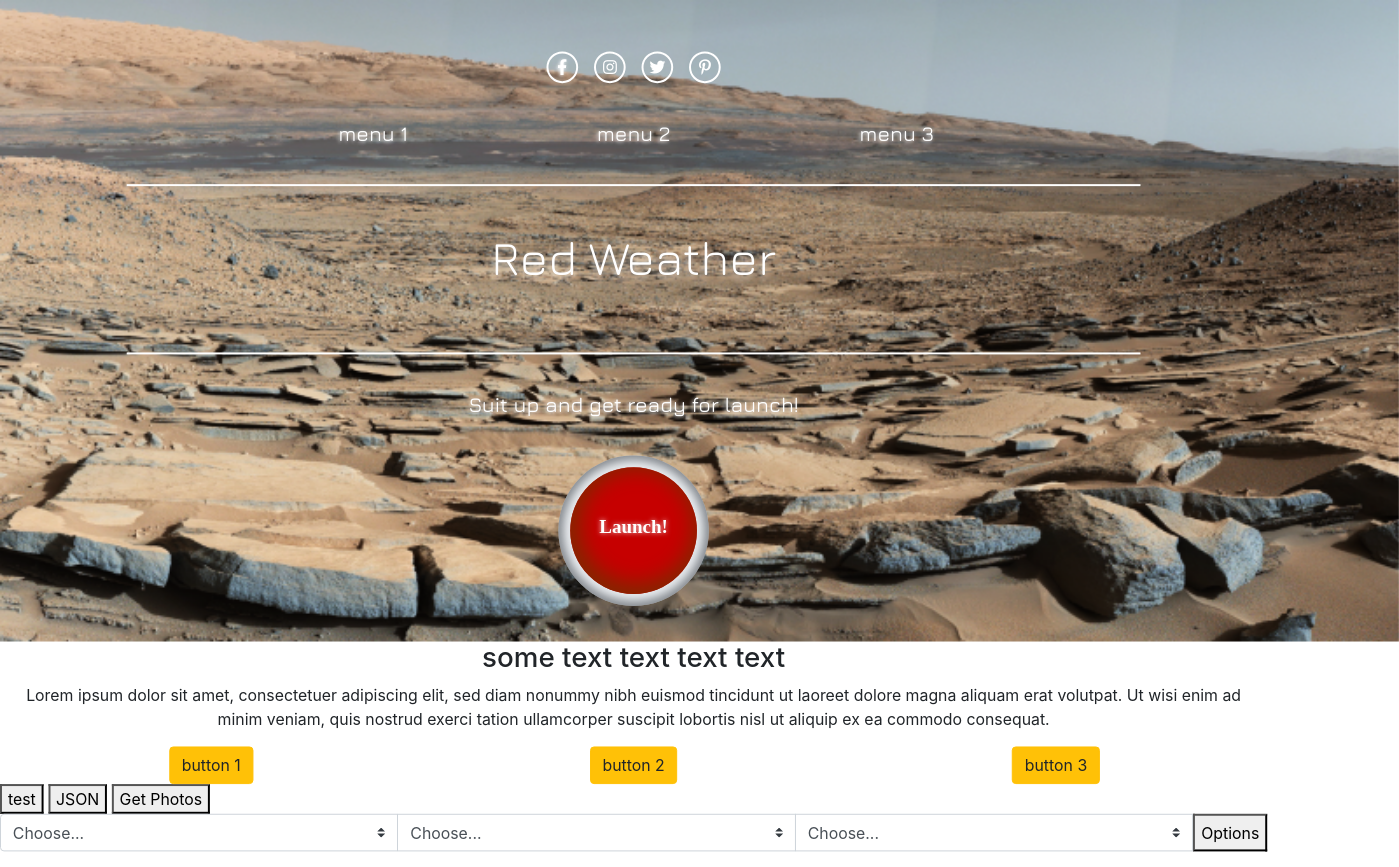
Repository: romqrq/Red-Planet-Explorer
Page: index.html
The author's editor kept a record of every edit. The page is drawn from the files as they stood at one moment, then again after the next edit.
The browser window is 1280 px wide. The page is 1413 px wide, so the pictures cover 1413 px, including what lies to the right of the window. The pictures show the whole page, at 99% of full size.
Some web fonts or font styles are not loaded; a fallback is used. Some web libraries are served in a nearby version.

Above is the page before.
Console error (its wording comes from the project's code and is left out).

### index.html
<!DOCTYPE html>
<html lang="en">

<head>
    <meta charset="UTF-8">
    <meta name="viewport" content="width=device-width, initial-scale=1.0">
    <meta http-equiv="X-UA-Compatible" content="ie=edge">
    <title>Red Weather</title>
    <link rel="stylesheet" href="https://cdnjs.cloudflare.com/ajax/libs/font-awesome/5.10.2/css/all.min.css" type="text/css" />
    <link rel="stylesheet" href="https://stackpath.bootstrapcdn.com/bootstrap/4.3.1/css/bootstrap.min.css" crossorigin="anonymous">
    <link rel="stylesheet" href="assets/css/style.css" type="text/css" />

    <script type="text/javascript" src="assets/js/main.js"></script>
    <!--<script type="text/javascript" src="assets/js/main2.js"></script>-->
    <!--<script type="text/javascript" src="assets/js/main3.js"></script>-->

</head>

<body>
    <header>
        <div class="container-fluid main-screen-container">
            <img class="testbg" src="assets/images/mars.png"></img>
            <div class="row social-row">
                <div class="col-12 social-col">
                    <i class="fab fa-facebook-f round-border text-shadow"></i>
                    <i class="fab fa-instagram round-border"></i>
                    <i class="fab fa-twitter round-border"></i>
                    <i class="fab fa-pinterest-p round-border"></i>
                </div>
            </div>
            <div class="row" role="navigation">
                <a class="col-4 text-right main-text-light text-shadow" href="#">menu 1</a>
                <a class="col-4 text-center main-text-light text-shadow" href="#">menu 2</a>
                <a class="col-4 text-left main-text-light text-shadow" href="#">menu 3</a>
            </div>
            <hr class="hr-divider">
            <div class="row">
                <div class="col-12 text-center">
                    <p class="main-title title-shadow">Red Weather</p>
                </div>
            </div>
            <hr class="hr-divider">
            <div class="row">
                <div class="col-12">
                    <p class="main-text-light text-center text-shadow">Suit up and get ready for launch!</p>
                </div>
            </div>
            <div>
                <div class="launch-button-div">
                    <button class="btn launch-button">Launch!</button>
                </div>
            </div>
            <!--<div class="row">-->
            <!--    <div class=navbar>-->
            <!--        <ul class="navbar-nav">-->
            <!--            <li class="nav-item">-->
            <!--                <a href="#" class="nav-link">menu button 1</a>-->
            <!--            </li>-->
            <!--            <li class="nav-item">-->
            <!--                <a href="#" class="nav-link">menu button 2</a>-->
            <!--            </li>-->
            <!--            <li class="nav-item">-->
            <!--                <a href="#" class="nav-link">menu button 3</a>-->
            <!--            </li>-->
            <!--        </ul>-->
            <!--    </div>-->
            <!--</div>-->
        </div>
        <!--<nav class="navbar navbar-expand-md navbar-dark bg-blue">-->
        <!-- Brand -->
        <!--    <a class="brand-text" href="#"><span class="NE-text">RW</span> | Red Weather</a>-->

        <!-- Toggler/collapsibe Button -->
        <!--    <button class="navbar-toggler" type="button" data-toggle="collapse" data-target="#collapsibleNavbar">-->
        <!--        <span class="navbar-toggler-icon"></span>-->
        <!--    </button>-->

        <!-- Navbar links -->
        <!--    <div class="collapse navbar-collapse" id="collapsibleNavbar">-->
        <!--        <ul class="navbar-nav">-->
        <!--            <li class="nav-item">-->
        <!--                <a class="nav-link" href="#">Link</a>-->
        <!--            </li>-->
        <!--            <li class="nav-item">-->
        <!--                <a class="nav-link" href="#">Link</a>-->
        <!--            </li>-->
        <!--            <li class="nav-item">-->
        <!--                <a class="nav-link" href="#">Link</a>-->
        <!--            </li>-->
        <!--        </ul>-->
        <!--    </div>-->
        <!--</nav>-->
    </header>
    <section class="callout">
        <div class="container-fluid text-center align-middle">
            <div>
                <h3>some text text text text</h3>
                <p>Lorem ipsum dolor sit amet, consectetuer adipiscing elit, sed diam nonummy nibh euismod tincidunt ut laoreet dolore magna aliquam erat volutpat. Ut wisi enim ad minim veniam, quis nostrud exerci tation ullamcorper suscipit lobortis nisl
                    ut aliquip ex ea commodo consequat.</pp>
            </div>
            <div class="row">
                <div class="col-4">
                    <button class="btn btn-warning" onclick="setRover(" curiosity ")">button 1</button>
                </div>
                <div class="col-4">
                    <button class="btn btn-warning" onclick="setDate(" 2015-6-3 ")">button 2</button>
                </div>
                <div class="col-4">
                    <button class="btn btn-warning" onclick="setCam(" FHAZ ")">button 3</button>
                </div>
            </div>
        </div>
    </section>
    <button id="testbutton">test</button>
    <button id="getJSON">JSON</button>
    <button id="getPhotos">Get Photos</button>
    <div id="output"></div>
    <div id="output2"></div>
    <div id="output3"></div>
    <script>
        document.getElementById('testbutton').addEventListener('click', getText);
        // document.getElementById('getJSON').addEventListener('click', getKeys);
        document.getElementById('getPhotos').addEventListener('click', getPhotos);

        function getText() {
            fetch('https://api.nasa.gov/mars-photos/api/v1/rovers/curiosity/photos?&camera=FHAZ&api_key=unJZiQapXhyZamSl37P8FEh7Zlssi7xmaIF4l95b')
                .then((res) => res.text())
                .then((data) => {
                    document.getElementById('output').innerHTML= JSON.parse(data);
                })
                .catch((err) => console.log(err));
        }

        // function getKeys() {
        //     fetch('https://api.nasa.gov/mars-photos/api/v1/manifests/curiosity?api_key=unJZiQapXhyZamSl37P8FEh7Zlssi7xmaIF4l95b&feedtype=json&ver=1.0')
        //     .then((res) => res.json())
        //     .then((data) => {
        //         let keylist = '<h2>Keys</>';
        //         data.forEach(function(key){
        //             keylist += `
        //             <ul>
        //                 <li>ID: ${key.name}</li>
        //                 <li>Landing Date: ${key.landing_date}</li>
        //                 <li>Launch Date: ${key.launch_date}</li>
        //                 <li>Status: ${key.status}</li>
        //                 <li>Max Sol: ${key.max_sol}</li>
        //             </ul>`;
        //         });
        //         document.getElementById('output2').innerHTML = keylist;

        //     });
        // }
    </script>
    <div class="input-group mb-3">
        <select class="custom-select" id="input1">
    <option selected>Choose...</option>
    <option value="curiosity">Curiosity</option>
    <option value="spirit">Spirit</option>
    <option value="3">Three</option>
  </select>
        <select class="custom-select" id="input2">
    <option selected>Choose...</option>
    <option value="2015-6-3">2015-6-3</option>
    <option value="2015-6-4">2015-6-4</option>
    <option value="2015-6-5">2015-6-5</option>
  </select>
        <select class="custom-select" id="input3">
    <option selected>Choose...</option>
    <option value="fhaz">FHAZ</option>
    <option value="rhaz">RHAZ</option>
    <option value="mast">Mast</option>
  </select>
        <button onclick="nameThem()">Options</button>
    </div>


    <div id="data"></div>
    <footer>

    </footer>
    <script src="https://code.jquery.com/jquery-3.3.1.slim.min.js" integrity="sha384-q8i/X+965DzO0rT7abK41JStQIAqVgRVzpbzo5smXKp4YfRvH+8abtTE1Pi6jizo" crossorigin="anonymous"></script>
    <script src="https://cdnjs.cloudflare.com/ajax/libs/popper.js/1.14.7/umd/popper.min.js" integrity="sha384-UO2eT0CpHqdSJQ6hJty5KVphtPhzWj9WO1clHTMGa3JDZwrnQq4sF86dIHNDz0W1" crossorigin="anonymous"></script>
    <script src="https://stackpath.bootstrapcdn.com/bootstrap/4.3.1/js/bootstrap.min.js" integrity="sha384-JjSmVgyd0p3pXB1rRibZUAYoIIy6OrQ6VrjIEaFf/nJGzIxFDsf4x0xIM+B07jRM" crossorigin="anonymous"></script>

</body>

</html>

### assets/css/style.css
/*General*/

@import url('https://fonts.googleapis.com/css?family=Revalia|Roboto:400,500|Jura:300,400,500&display=swap');

.testbg {
    position: absolute;
    top: 0;
    left: 0;
    height: 90vh;
    z-index: -1;
}

a {
    text-decoration: none;
    color: inherit;

}

/*.bg-blue {*/

/*    background-color: #01479e;*/

/*}*/

/*.callout {*/

/*    background-color: #e9ecefb0;*/

/*    height: 50vh;*/

/*}*/

.title-shadow {
    text-shadow: -1px 3px 8px #ffffff9e;
}

.text-shadow {
    text-shadow: -1px 1px 4px #ffffff;
}

.no-side-padding {
    padding-left: 0;
    padding-right: 0;
}

.main-screen-container {
    height: 90vh;
    padding: 1rem;
    /*background-image: url("mars.png");*/
    /*background-position: center;*/
    /*background-repeat: no-repeat;*/
    /*background-size: cover;*/
    /*background-color: black;*/
    display: flex;
    flex-direction: column;
    justify-content: space-evenly;
}

.social-row {
    padding: 1rem;
}

.social-col {
    flex-direction: row;
    display: flex;
    justify-content: center;
}

.round-border {
    border-radius: 50%;
    height: 2rem;
    border: 2px solid white;
    width: 2rem;
    justify-content: center;
    display: flex;
    line-height: 1.8rem;
    color: white;
    margin: 0 0.5rem;
}

.main-text-light {
    color: white;
    font-family: "Jura", "Revalia";
    font-weight: 500;
    font-size: 1.3rem;
}

.main-title {
    font-family: "Revalia", "Jura";
    font-size: 3rem;
    color: white;
    padding: 0 0 0.5rem;
}

.hr-divider {
    border-top: 2px solid rgb(255, 255, 255);
    width: 80vw;
}

.launch-button-div {
    height: 9.5rem;
    width: 9.5rem;
    background-color: #e9ecef;
    padding: 0.75rem;
    border-radius: 50%;
    box-shadow: inset 0px 0px 9px 5px #343a408a;
    margin: auto;
}

.launch-button {
    background-color: #c60000;
    color: white;
    border: 0px solid white;
    font-size: 1.2rem;
    font-family: "Revalia";
    font-weight: 700;
    text-shadow: 0px 0px 5px #ffffffcf;
    padding: 0.5rem 1rem 1rem;
    height: 8rem;
    width: 8rem;
    border-radius: 50%;
    box-shadow: inset 3px -4px 20px 7px #842600;
}

/*.main-subtitle {*/

/*    color: white;*/

/*    font-family: "Jura", "Revalia";*/

/*    font-weight: 500;*/

/*    font-size: 1.3rem;*/

/*}*/

### assets/js/main.js
var roverName = "curiosity";
var solNumber = ""; //"&sol=1000";
var camName = "&camera=FHAZ";
var pageNumber = ""; //"&page=1"
var earthDate = "" //"earth_date=2015-6-3"

//WORKS xhr.open("GET", "https://api.nasa.gov/insight_weather/?api_key=unJZiQapXhyZamSl37P8FEh7Zlssi7xmaIF4l95b&feedtype=json&ver=1.0");
//WORKS xhr.open("GET", "https://api.nasa.gov/mars-photos/api/v1/rovers/curiosity/latest_photos?api_key=unJZiQapXhyZamSl37P8FEh7Zlssi7xmaIF4l95b&feedtype=json&ver=1.0");
//WORKS xhr.open("GET", "https://api.nasa.gov/mars-photos/api/v1/manifests/curiosity?api_key=unJZiQapXhyZamSl37P8FEh7Zlssi7xmaIF4l95b&feedtype=json&ver=1.0");
function nameThem(cb) {
	var firstInput = document.getElementById("input1");
	var roverName = firstInput.options[firstInput.selectedIndex].value;

	var secondInput = document.getElementById("input2");
	var earthDate = `earth_date=${secondInput.options[secondInput.selectedIndex].value}`;

	var thirdInput = document.getElementById("input3");
	var camName = `&camera=${thirdInput.options[thirdInput.selectedIndex].value}`;

	var xhr = new XMLHttpRequest();
	xhr.open("GET", `https://api.nasa.gov/mars-photos/api/v1/rovers/${roverName}/photos?${earthDate}${solNumber}${camName}${pageNumber}&api_key=unJZiQapXhyZamSl37P8FEh7Zlssi7xmaIF4l95b`);
	xhr.send();

	xhr.onreadystatechange = function() {
		if (this.readyState == 4 && this.status == 200) {
			// document.getElementById("data").innerHTML = JSON.parse(this.responseText);
			console.log(JSON.parse(this.responseText));
			cb(JSON.parse(this.responseText));
		}
	};


	function writeToDocument() {
		var el = document.getElementById("data");
		el.innerHTML = "";

		nameThem(function(data) {
			data = data.photos;

			data.forEach(function(item) {
				el.innerHTML += `<img src=${item.img_src} height=150 width=150>`;
			});
		});
	}
}



// function getLatest(cb) {
//     var xhr = new XMLHttpRequest();

//     xhr.onreadystatechange = function() {
//         if (this.readyState == 4 && this.status == 200) {
//             // document.getElementById("data").innerHTML = JSON.parse(this.responseText);
//             console.log(JSON.parse(this.responseText));
//             cb(JSON.parse(this.responseText));
//         }
//     };

//     xhr.open("GET", "https://api.nasa.gov/mars-photos/api/v1/rovers/curiosity/latest_photos?api_key=unJZiQapXhyZamSl37P8FEh7Zlssi7xmaIF4l95b&feedtype=json&ver=1.0");
//     xhr.send();
// }

// function writeToDocument() {
//     var el = document.getElementById("data");
//     el.innerHTML = "";

//     getLatest(function(data) {
//         data = data.latest_photos;

//         data.forEach(function(item) {
//             el.innerHTML += `<img src=${item.img_src} height=150 width=150>`;
//         });
//     });
// }

After the next edit:
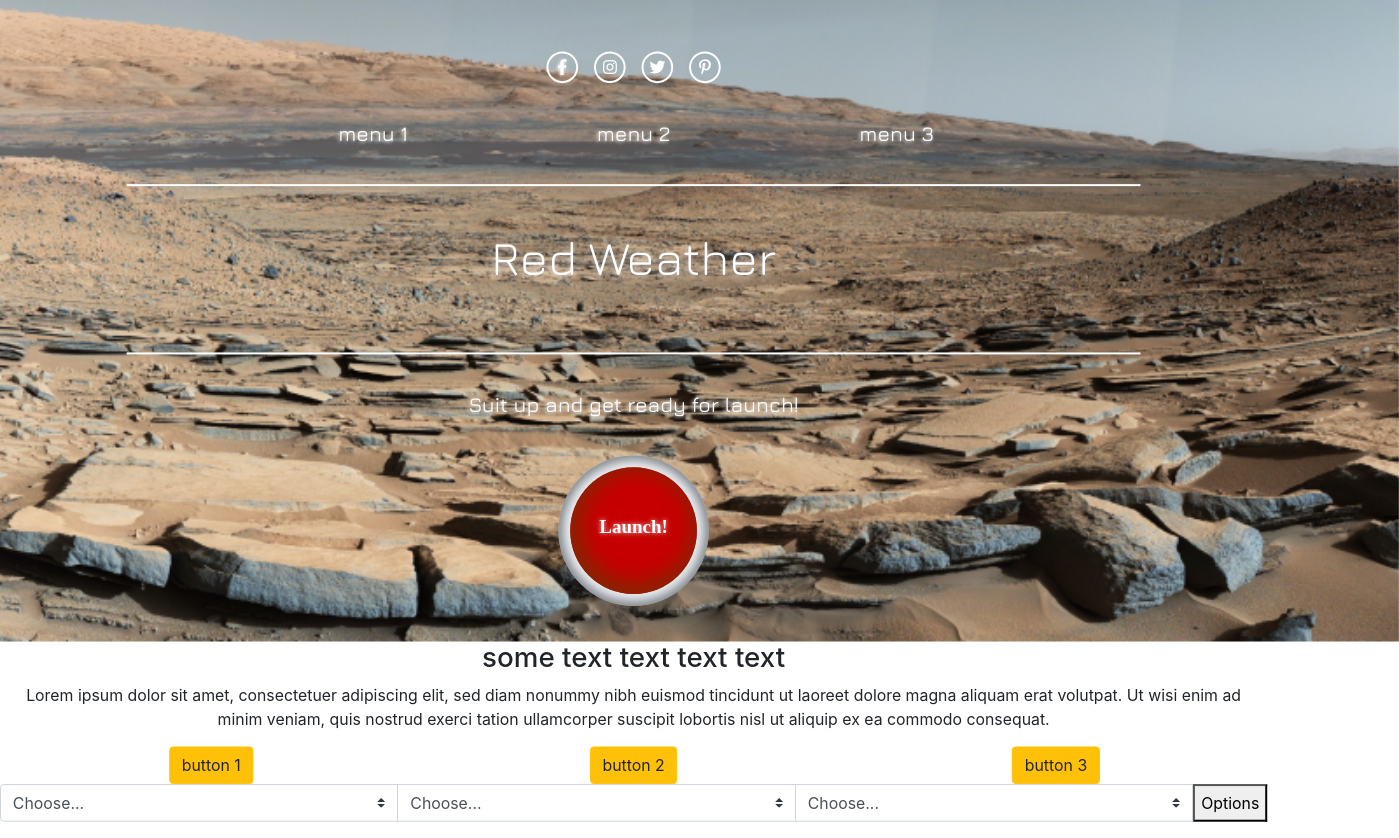
The edit:
--- a/index.html
+++ b/index.html
@@ -111,46 +111,7 @@
             </div>
         </div>
     </section>
-    <button id="testbutton">test</button>
-    <button id="getJSON">JSON</button>
-    <button id="getPhotos">Get Photos</button>
-    <div id="output"></div>
-    <div id="output2"></div>
-    <div id="output3"></div>
-    <script>
-        document.getElementById('testbutton').addEventListener('click', getText);
-        // document.getElementById('getJSON').addEventListener('click', getKeys);
-        document.getElementById('getPhotos').addEventListener('click', getPhotos);
 
-        function getText() {
-            fetch('https://api.nasa.gov/mars-photos/api/v1/rovers/curiosity/photos?&camera=FHAZ&api_key=unJZiQapXhyZamSl37P8FEh7Zlssi7xmaIF4l95b')
-                .then((res) => res.text())
-                .then((data) => {
-                    document.getElementById('output').innerHTML= JSON.parse(data);
-                })
-                .catch((err) => console.log(err));
-        }
-
-        // function getKeys() {
-        //     fetch('https://api.nasa.gov/mars-photos/api/v1/manifests/curiosity?api_key=unJZiQapXhyZamSl37P8FEh7Zlssi7xmaIF4l95b&feedtype=json&ver=1.0')
-        //     .then((res) => res.json())
-        //     .then((data) => {
-        //         let keylist = '<h2>Keys</>';
-        //         data.forEach(function(key){
-        //             keylist += `
-        //             <ul>
-        //                 <li>ID: ${key.name}</li>
-        //                 <li>Landing Date: ${key.landing_date}</li>
-        //                 <li>Launch Date: ${key.launch_date}</li>
-        //                 <li>Status: ${key.status}</li>
-        //                 <li>Max Sol: ${key.max_sol}</li>
-        //             </ul>`;
-        //         });
-        //         document.getElementById('output2').innerHTML = keylist;
-
-        //     });
-        // }
-    </script>
     <div class="input-group mb-3">
         <select class="custom-select" id="input1">
     <option selected>Choose...</option>
